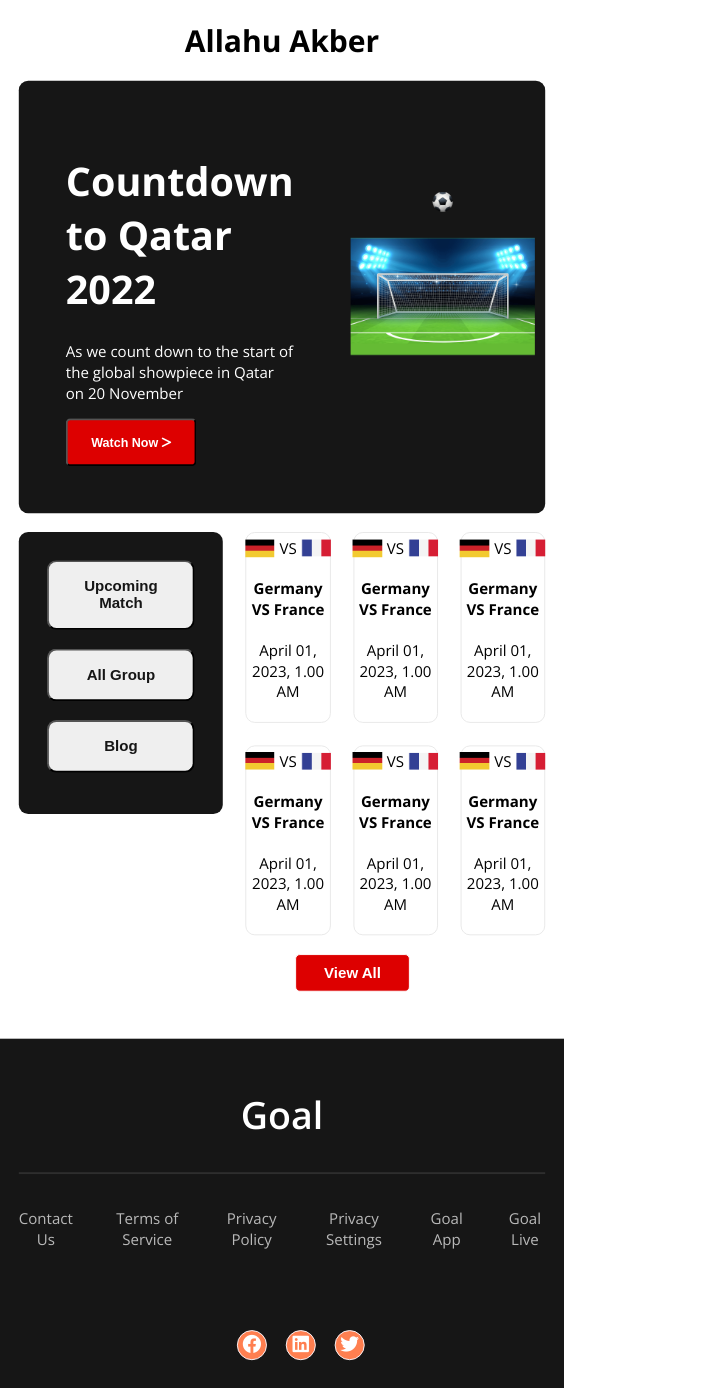
Repository: zjria/Qatar-world-cup
Page: match.html
The author's editor kept a copy of each file at every save. The page is drawn from the files as they stood at one save, then again after the next save.
The browser window is 600 px wide. The page is 750 px wide, so the pictures cover 750 px, including what lies to the right of the window. The pictures show the whole page, at 94% of full size.

Above is the page before, as saved 2022-09-10 11:00:19.

After the next save:
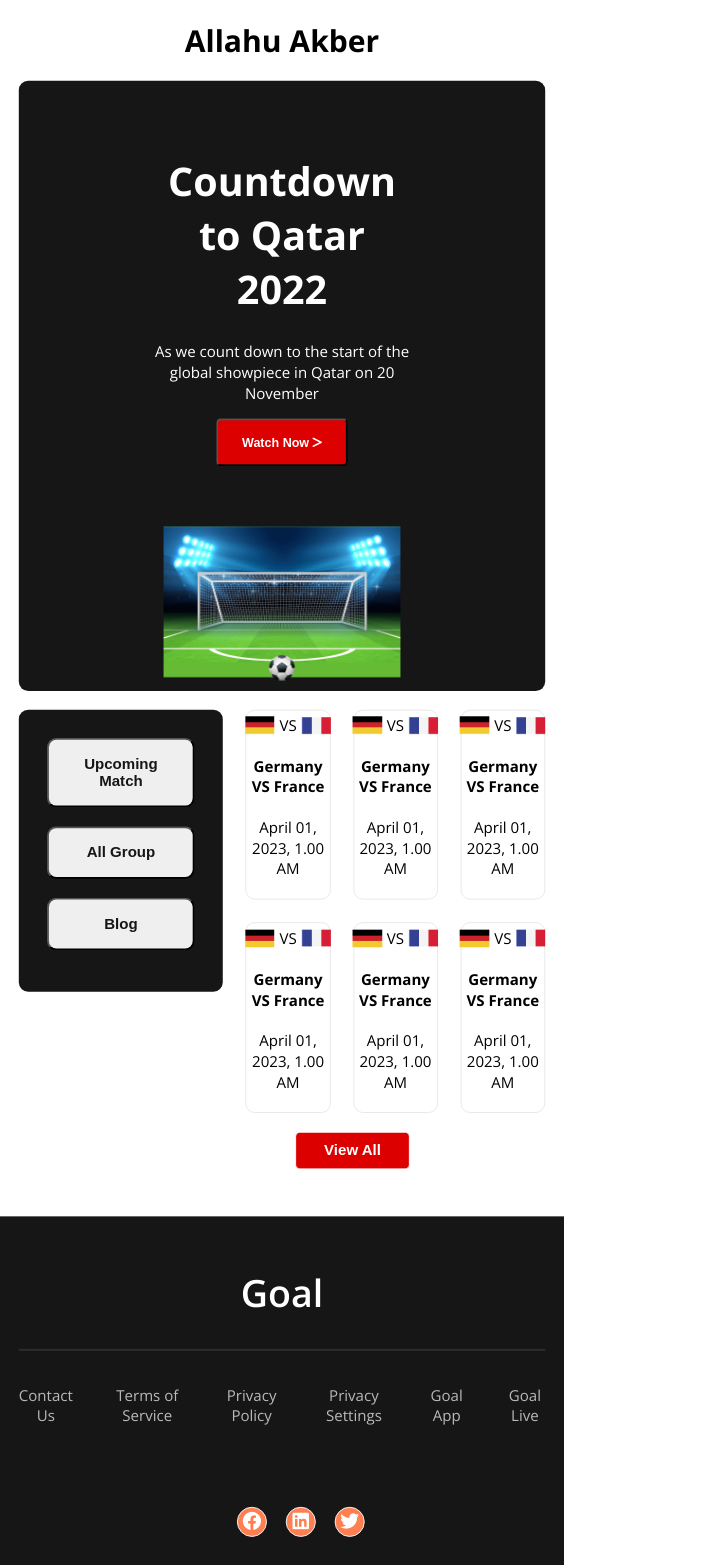
Saved 3 min 23 s later.
--- a/style.css
+++ b/style.css
@@ -291,4 +291,13 @@
 }
 
 /* Media Query styles */
-@media only screen and (max-width: 688px) {}
+@media only screen and (max-width: 688px) {
+    .header-container {
+        display: flex;
+        margin: 20px;
+        background: #161616;
+        flex-direction: column;
+        text-align: center;
+        align-items: center;
+    }
+}
